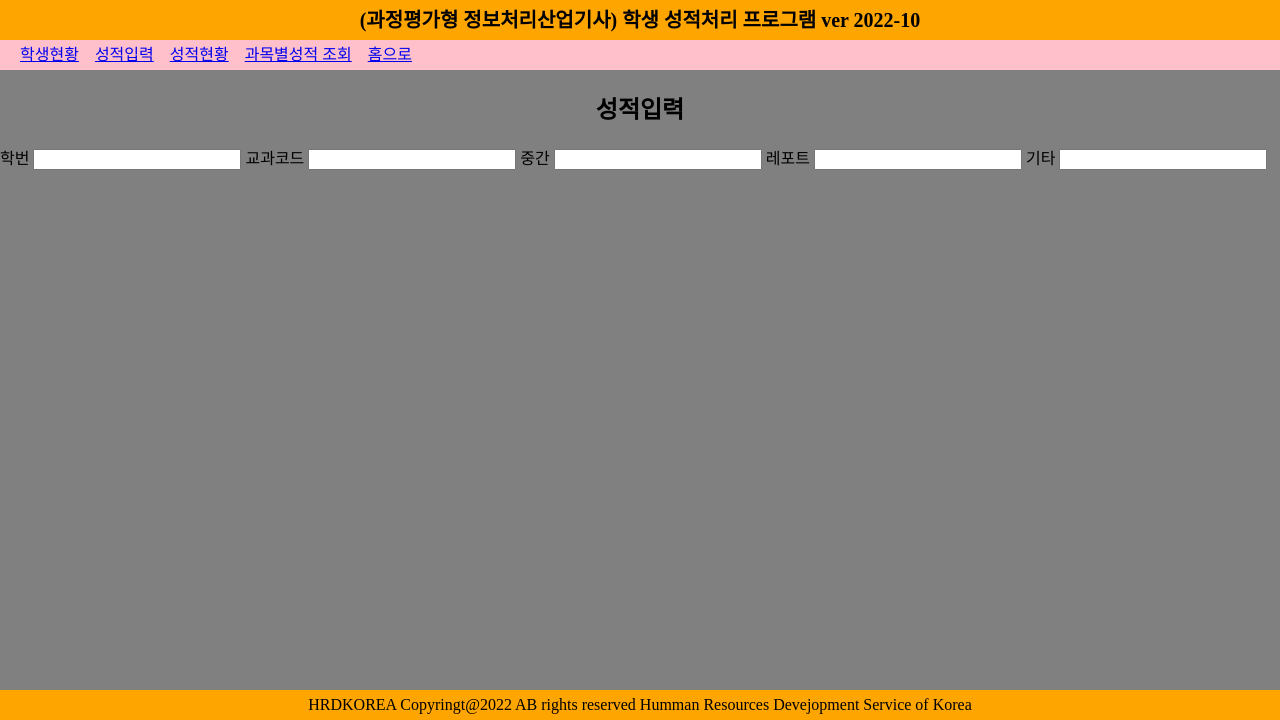
Repository: wjdwlgns1101/school_hrd
Page: http://localhost/school_30111/insert.jsp
These files come from the project's save history. The page is drawn as it stood at one moment and after the next save; the edit follows.
The browser window is 1280 px wide. The pictures show the whole page.
The page is served by Tomcat 9.

Above is the page before, as saved 2024-04-29 08:30:32.

After the next save:
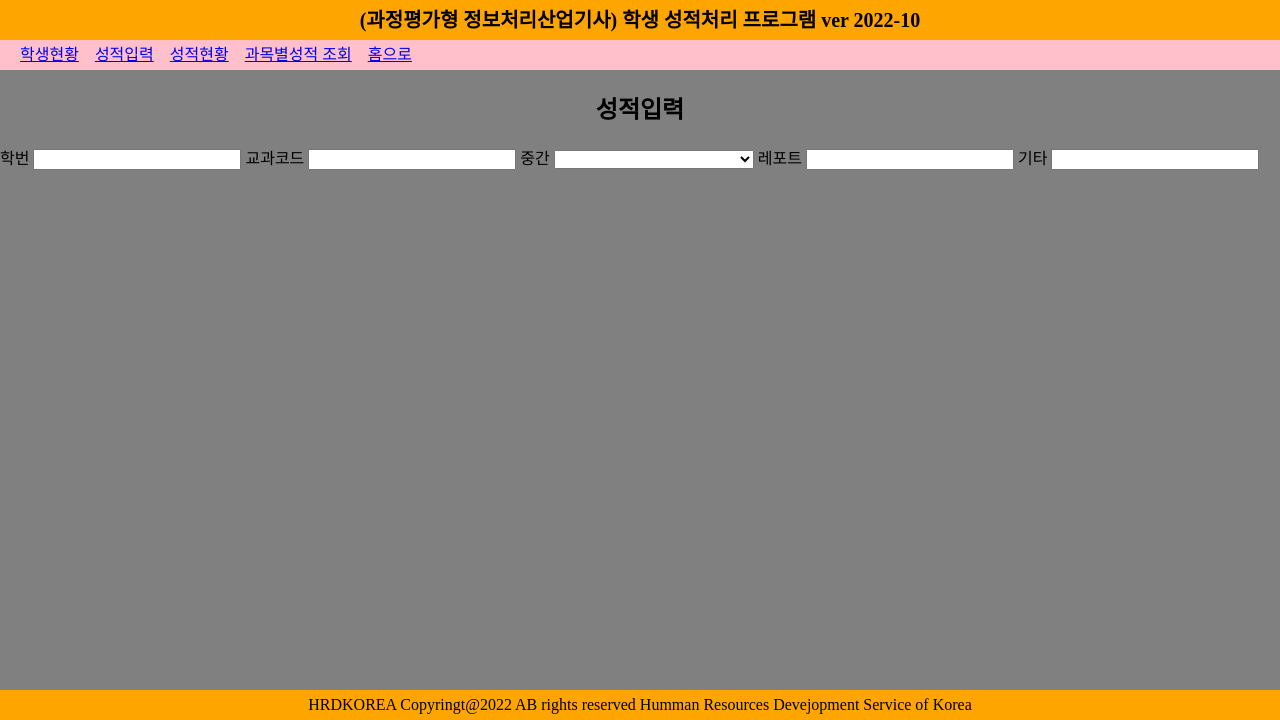
Saved 75 s later.
--- a/hrd_30111_school2 완성/school_30111/src/main/webapp/insert.jsp
+++ b/hrd_30111_school2 완성/school_30111/src/main/webapp/insert.jsp
@@ -23,7 +23,11 @@
 	</tr>
 	<tr>
 		<td style="text-align: center;"> 중간 </td>
-		<td> <input type="text" name="resist_month" style="width: 200px"></td>
+		<td>
+			<select name="c_name" style="width: 200px" oncancel="getvalue(this.value)">
+
+			</select>
+		</td>
 	</tr>
 	<tr>
 		<td style="text-align: center;"> 레포트 </td>
